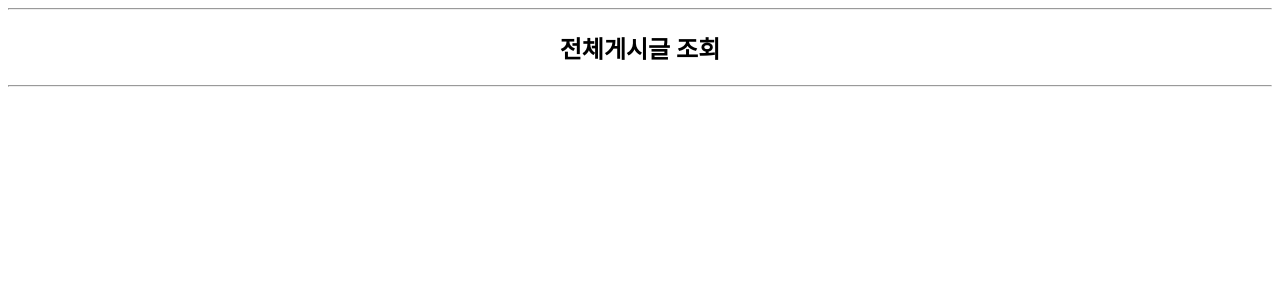
Repository: skim24245/web_workspace_src
Page: http://localhost/Mission-Web/jsp/board/list.jsp
These files come from the project's save history. The page is drawn as it stood at one moment and after the next save; the edit follows.
The browser window is 1280 px wide. The pictures show the whole page.
The page is served by Tomcat 9. Queries for data that is not in the repository find no rows.

Above is the page before, as saved 2022-06-02 07:30:01.

After the next save:
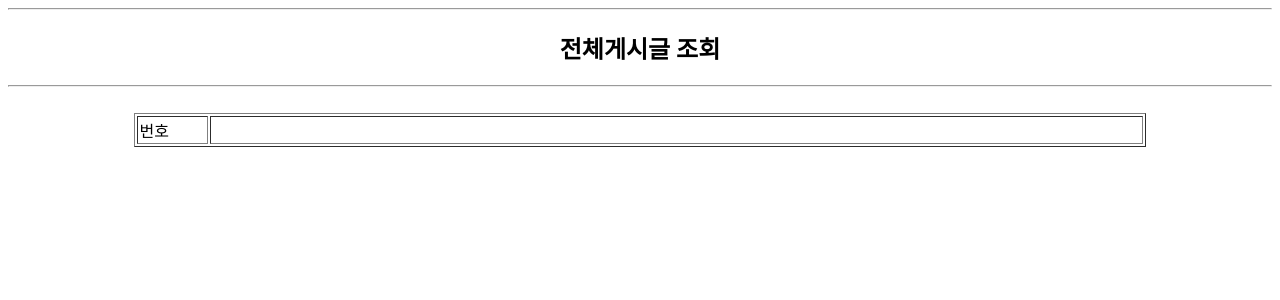
Saved 8 min 19 s later.
--- a/Mission-Web/src/main/webapp/jsp/board/list.jsp
+++ b/Mission-Web/src/main/webapp/jsp/board/list.jsp
@@ -36,6 +36,13 @@ ResultSet rs = pstmt.executeQuery();
 	<hr>
 	<h2>전체게시글 조회</h2>
 	<hr>
+	<br>
+	<table border="1" style="width:80%">
+		<tr>
+			<td width="7%">번호</td>
+			<td></td>
+		</tr>
+	</table>
 	</div>
 
 
